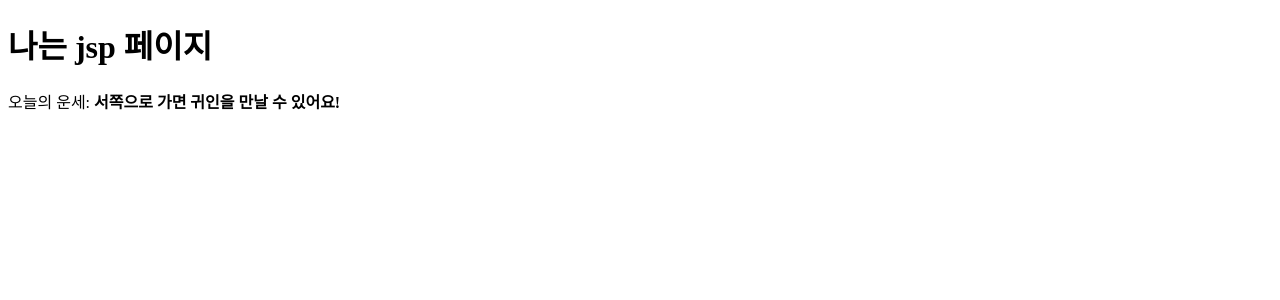
Repository: raehui/web_work
Page: http://localhost/Step01Servlet/send.jsp
The author's editor kept a copy of each file at every save. The page is drawn from the files as they stood at one save, then again after the next save.
The browser window is 1280 px wide. The pictures show the whole page.
The page is served by Tomcat 9.

Above is the page before, as saved 2025-01-03 08:15:11.

### Step01Servlet/src/main/webapp/send.jsp
<%@ page language="java" contentType="text/html; charset=UTF-8"
    pageEncoding="UTF-8"%>
<%
	//서블릿의 서비스 메서드의 안쪽 영역이랑 같은 역할
	String fortuneToday="서쪽으로 가면 귀인을 만날 수 있어요!";
	String msg=request.getParameter("msg");
	//콘솔창에 출력
	System.out.println(msg);

%>
<!DOCTYPE html>
<html>
<head>
<meta charset="UTF-8">
<title>send.jsp</title>
</head>
<body>
	<h1>나는 jsp 페이지</h1>
	<p>오늘의 운세: <strong><%out.print(fortuneToday);%></strong></p>


</body>
</html>

After the next save:
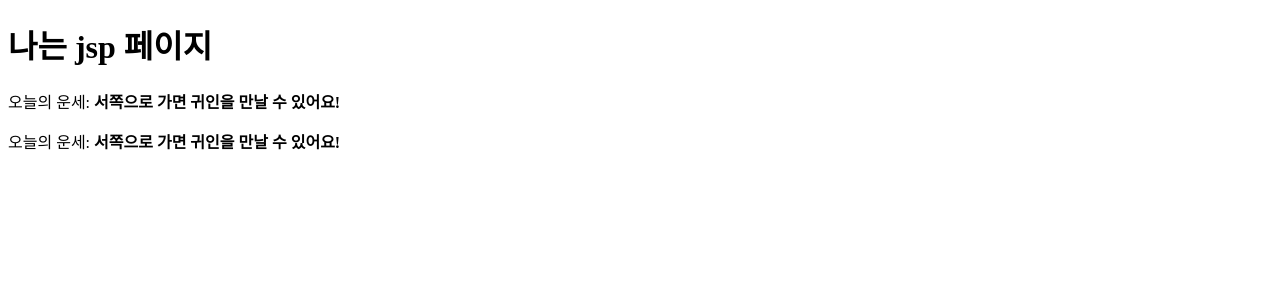
Saved 17 s later.
--- a/Step01Servlet/src/main/webapp/send.jsp
+++ b/Step01Servlet/src/main/webapp/send.jsp
@@ -17,6 +17,7 @@
 <body>
 	<h1>나는 jsp 페이지</h1>
 	<p>오늘의 운세: <strong><%out.print(fortuneToday);%></strong></p>
+	<p>오늘의 운세: <strong><%=fortuneToday%></strong></p>
 
 
 </body>
